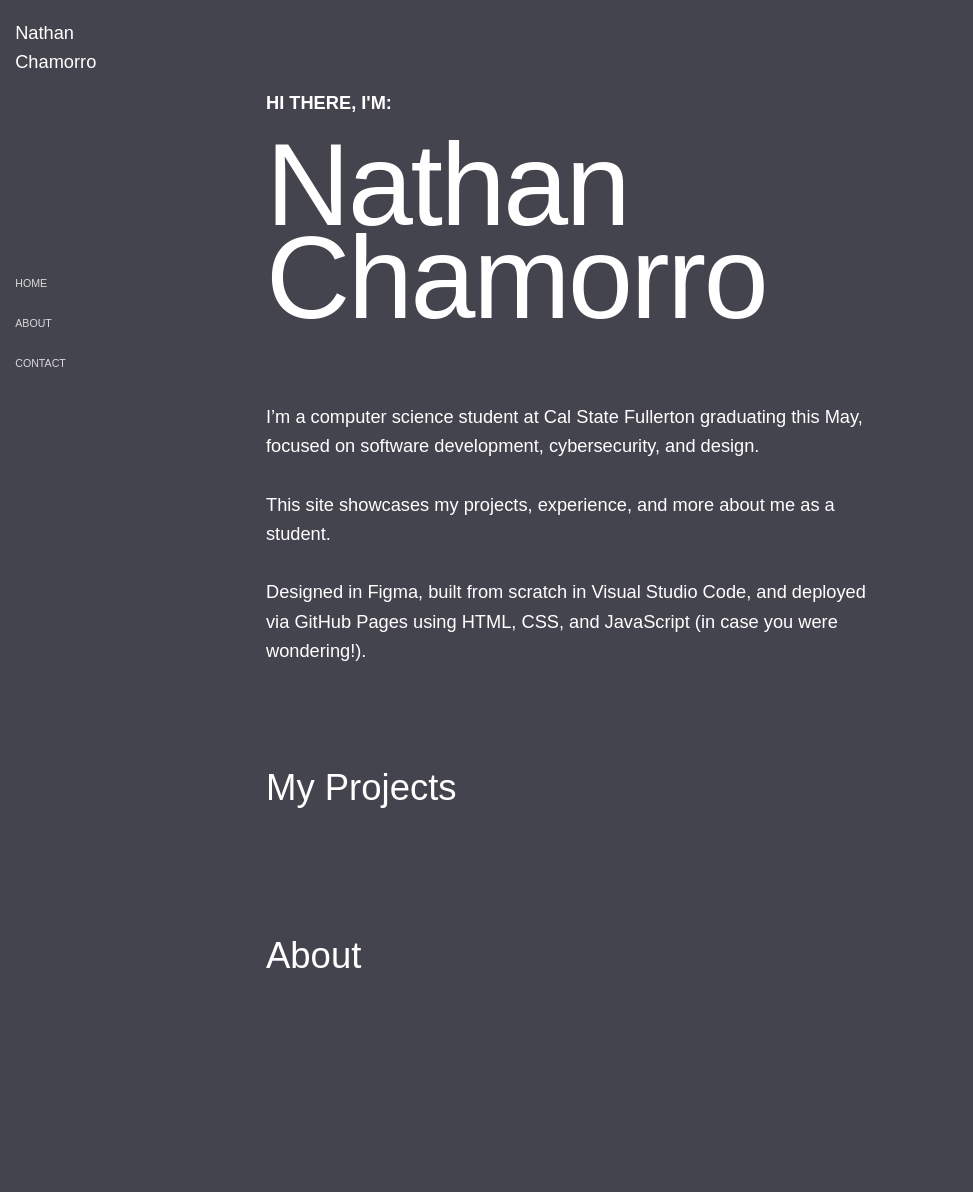
Repository: nathanchamorro1/nathanchamorro1.github.io
Page: index.html
An editor plug-in stored every save of this project. The page is shown before and after the next save, followed by the edit.
The browser window is 1280 px wide. The pictures show the whole page, at 76% of full size.
Some web fonts or font styles are not loaded; a fallback is used.

Above is the page before, as saved 2026-02-17 22:21:47.

### index.html
<!DOCTYPE html>
<html lang="en">

<head>
<meta charset="UTF-8">
<meta name="viewport" content = "width=device-width,initial-scale=1">
<title>Nathan Chamorro's Portfolio</title>
<link rel="icon" type="image/x-icon" href = "/assets/snoopy-favicon.ico">
<link rel="stylesheet" href="https://use.typekit.net/lhh1weh.css">
<link rel="stylesheet" href="css/style.css">
</head>
<body>

<div class="layout">
  <nav class="sidebar">
    <a href="#home" class="nav-logo">Nathan Chamorro</a>
    <ul>
      <li><a href="#home" class="nav-link">HOME</a></li>
      <li><a href="#about" class="nav-link">ABOUT</a></li>
      <li><a href="#contact" class="nav-link">CONTACT</a></li>
      </ul>
      </nav>

  <main class="content">
    <div class="content-wrapper">
  <section class="hero">
    <h2 class="reveal">HI THERE, I'M:</h2>
    <h1 class="reveal">Nathan Chamorro</h1>
  </section>
      <p class="reveal">
        <br>I’m a computer science student at Cal State Fullerton graduating this May, focused on software development, cybersecurity, and design. <br>
        <br>This site showcases my projects, experience, and more about me as a student.<br>
        <br>Designed in Figma, built from scratch in Visual Studio Code, and deployed via GitHub Pages using HTML, CSS, and JavaScript (in case you were wondering!). <br>
      </p>
    </div>

        <section id="projects" class="content-wrapper">
      <h3 class="reveal">My Projects</h3>
    </section>

    <section id="about" class="content-wrapper">
      <h3 class="reveal">About</h3>
    </section>

    <section id="contact" class="content-wrapper">
      <h3 class="reveal">Contact</h3>
    </section>
  </main>
</div>
<script src = "js/script.js"></script>

### css/style.css
body {
  background-color: #44444E;
  color: white;
  margin: 0;
  font-family: museo-sans, sans-serif;
  font-weight: 300;
  font-style: normal;
  font-variation-settings: "slnt" 0, "wght" 400;
  line-height: 1.6;
  font-size: 1.5rem;
}

.content-wrapper {
  max-width: 800px;
  margin: 0 auto;
  margin-top: 50px;
  padding: 0 40px;
  display: flex;
  flex-direction: column;
  gap: 40px;
  text-align: left;
}

.hero {
    min-height: auto;
    display: flex;
    align-items: flex-start;
    flex-direction: column;
    justify-content: flex-start;
    padding-top: 30px;
    padding-bottom: 0;
    text-align: left;
}

h1 {
    color: white;
    font-family: "instrument-serif", sans-serif;
    font-size: clamp(4.5rem, 12vw, 14rem);
    font-weight: 400;
    font-variation-settings: "wght" 400;
    line-height: 0.8;
    margin: 0;
    letter-spacing: -0.02em;
}

h2 {
    color: white;
    font-family: "museo-sans", sans-serif;
    font-weight: 800;
    font-variation-settings: "wght" 400;
    font-size: 1.5rem;
    opacity: 0.8;
    margin-bottom: 10px;
    line-height: 3;
}

h3 {
    color: white;
    font-family: "instrument-serif", sans-serif;
    font-weight: 400;
    font-variation-settings: "wght" 400;
    font-size: 3rem;
    opacity: 0.8;
    align-self: flex-start;
    text-align: left;
    width: 100%;
}

.reveal {
    opacity: 0;
    transform: translateY(20px);
    transition: opacity 0.7s ease, transform 0.7s ease;
}

.reveal-visible {
    opacity: 1;
    transform: translateY(0);
}

.navbar {
    position: fixed;
    top: 0;
    width: 100%;
    background: white;
    box-shadow: 0 2px 10px rgba(0,0,0,0.05);
    z-index: 1000;
}

.nav-container {
    max-width: 1000px;
    margin: 0 auto;
    display: flex;
    justify-content: space-between;
    align-items: center;
    padding: 15px 20px;
    position: fixed;
}

.nav-menu {
    list-style: none;
    display: flex;
    gap: 25px;
    margin: 0;
    padding: 0;
    position: fixed;
    align-items: center;
}

.nav-link {
    text-decoration: none;
    color: white;
    font-size: 14px;
    position: fixed;
}

.nav-link:hover {
    opacity: 0.6;
}

/* --- Nav grid centering for .sidebar --- */
/* --- Two-column layout: left sidebar, right content --- */
.layout {
    display: grid;
    grid-template-columns: 220px 1fr; /* left column width, then content */
    min-height: 100vh;
}

/* Sidebar occupies the full viewport height and vertically centers the menu */
.sidebar {
    position: sticky;
    top: 0;
    height: 100vh;
    display: flex;
    flex-direction: column;
    padding: 24px 20px;
}

.sidebar .nav-logo {
    align-self: flex-start;
    text-decoration: none;
    color: white;
}

.sidebar ul {
    display: flex;
    flex-direction: column;
    gap: 14px;
    list-style: none;
    margin: auto 0; /* centers the list vertically within sidebar */
    padding: 0;
}

.sidebar .nav-link {
    position: static; /* override earlier fixed positioning */
    text-decoration: none;
    color: white;
    opacity: 0.8;
}

.sidebar .nav-link:hover {
    opacity: 1;
}

.content { min-width: 0; }

/* Optional: collapse to single column on small screens */
@media (max-width: 768px) {
  .layout { grid-template-columns: 1fr; }
  .sidebar {
    position: static;
    height: auto;
    padding: 16px;
  }
  .sidebar ul {
    flex-direction: row;
    gap: 16px;
    margin: 8px 0 0 0;
    justify-content: center;
  }
}

### js/script.js
const reveals = document.querySelectorAll(".reveal");

function revealOnScroll() {
  const windowHeight = window.innerHeight;

  reveals.forEach(el => {
    const elementTop = el.getBoundingClientRect().top;

    if (elementTop < windowHeight - 200) {
      el.classList.add("reveal-visible");
    }
  });
}

window.addEventListener("scroll", revealOnScroll);
revealOnScroll();

After the next save:
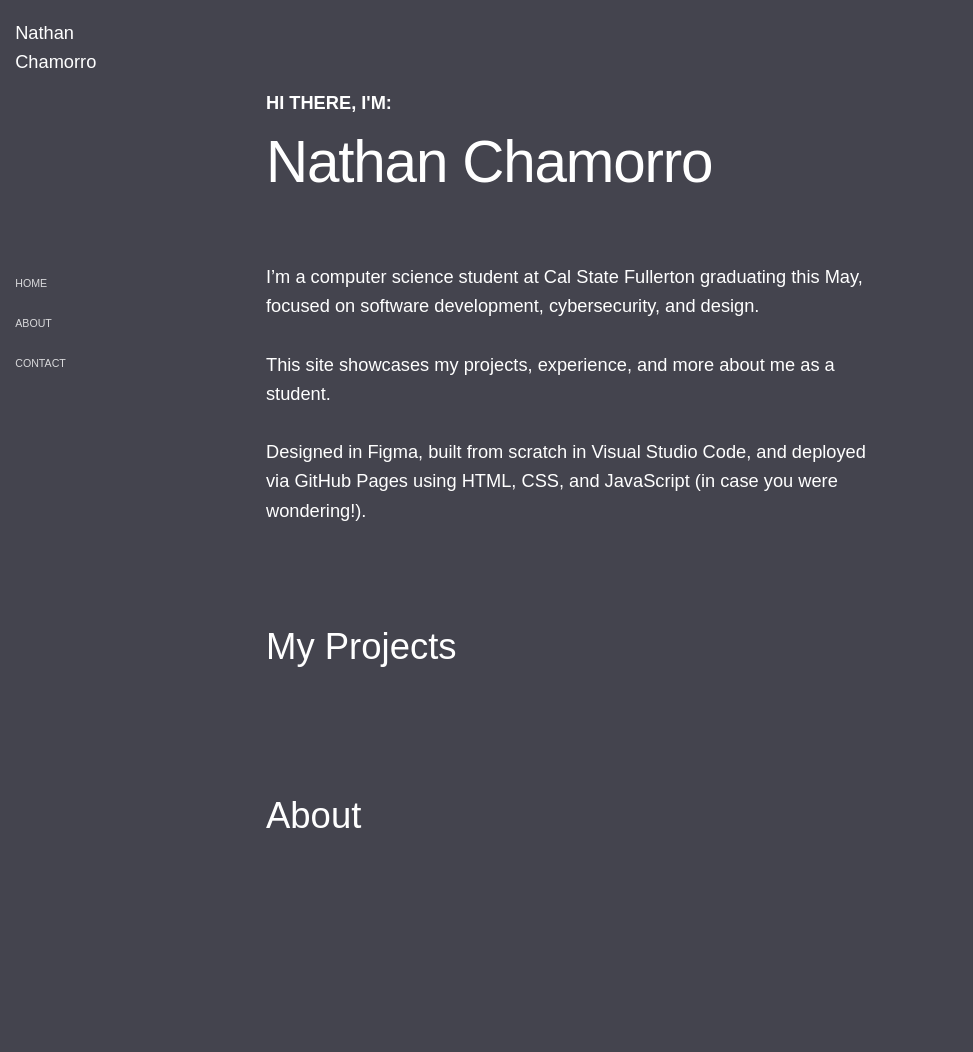
Saved 2 days later.
--- a/css/style.css
+++ b/css/style.css
@@ -35,7 +35,7 @@
 h1 {
     color: white;
     font-family: "instrument-serif", sans-serif;
-    font-size: clamp(4.5rem, 12vw, 14rem);
+    font-size: clamp(4.5rem, 6vw, 14rem);
     font-weight: 400;
     font-variation-settings: "wght" 400;
     line-height: 0.8;

After the save that followed:
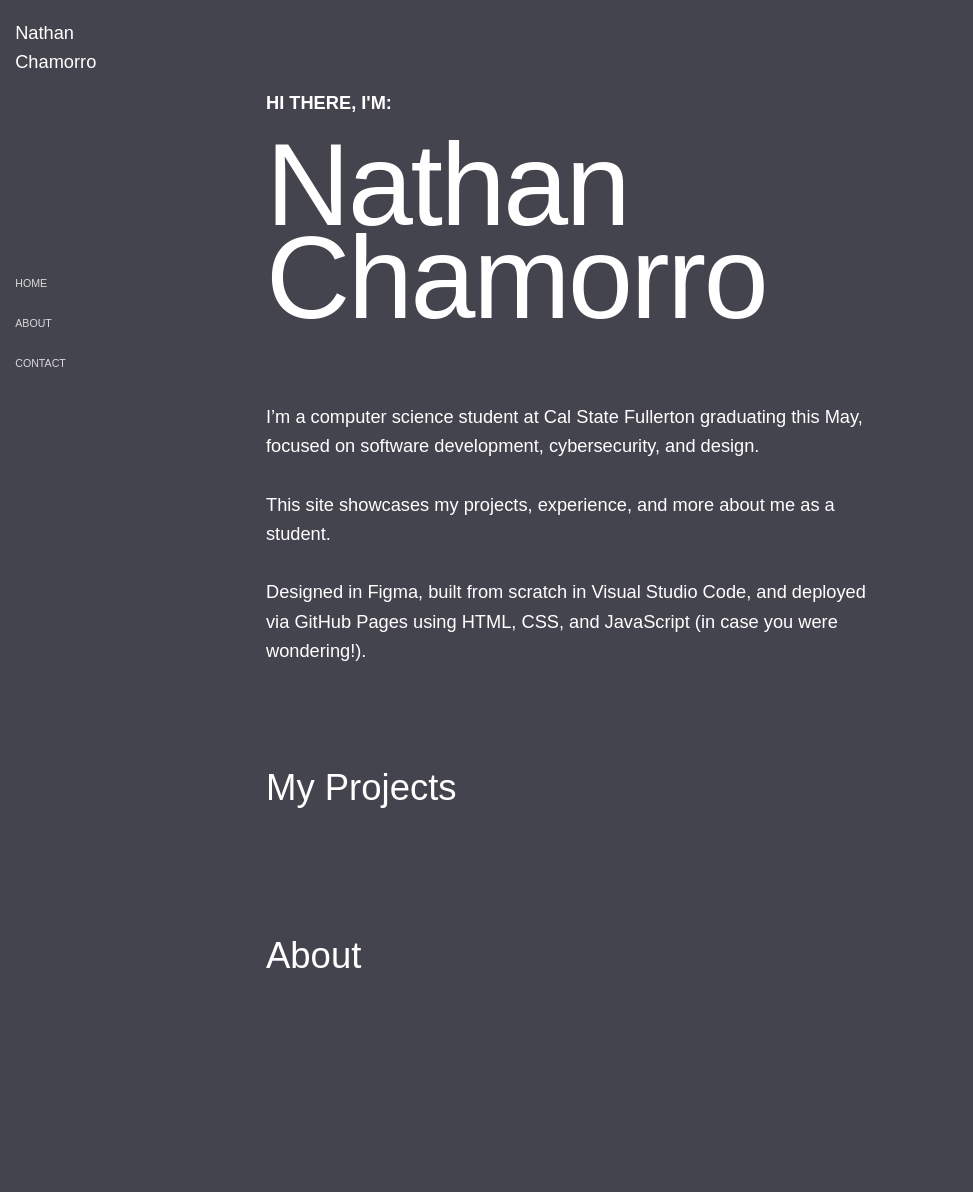
Saved 45 s later.
--- a/css/style.css
+++ b/css/style.css
@@ -35,7 +35,7 @@
 h1 {
     color: white;
     font-family: "instrument-serif", sans-serif;
-    font-size: clamp(4.5rem, 6vw, 14rem);
+    font-size: clamp(4.5rem,12vw, 14rem);
     font-weight: 400;
     font-variation-settings: "wght" 400;
     line-height: 0.8;
